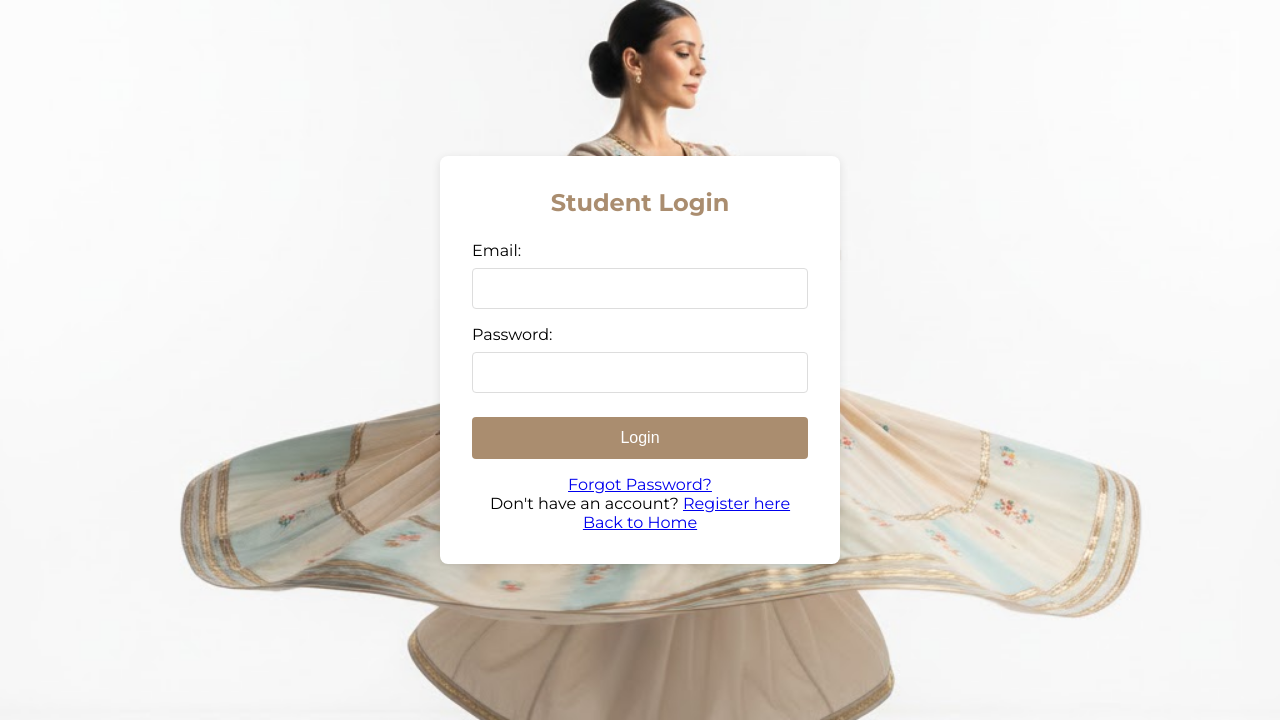
Repository: Priyadharshini-J-CSE/StepSync_Dance_Mangement_System
Page: /user-login (app in frontend/)
An editor plug-in stored every save of this project. The page is shown before and after a run of saves, followed by the edit.
The browser window is 1280 px wide. The pictures show the whole page.
Some web fonts or font styles are not loaded; a fallback is used. Some web libraries are served in a nearby version. The project was rebuilt for these pictures with package versions that can differ from the ones it lists, and the page was loaded fresh each time. Also part of the build but not shown: frontend/src/index.css, frontend/src/pages/LandingPage.js, frontend/src/components/Alert.js, frontend/src/pages/AdminLogin.js, frontend/src/utils/passwordValidation.js, frontend/src/pages/UserRegister.js, frontend/src/pages/AdminRegister.js, frontend/src/pages/ForgotPassword.js and 18 more.

Above is the page before, as saved 2025-12-18 09:55:42.

### frontend/public/index.html
<!DOCTYPE html>
<html lang="en">
  <head>
    <meta charset="utf-8" />
    <meta name="viewport" content="width=device-width, initial-scale=1" />
    <title>Zumba Class Management</title>
    <link rel="preconnect" href="https://fonts.googleapis.com">
    <link rel="preconnect" href="https://fonts.gstatic.com" crossorigin>
    <link href="https://fonts.googleapis.com/css2?family=Alumni+Sans+Pinstripe:ital@0;1&family=Anta&family=Josefin+Sans:ital,wght@0,100..700;1,100..700&family=Metamorphous&family=Montserrat:ital,wght@0,100..900;1,100..900&family=Pangolin&family=Roboto:ital,wght@0,100..900;1,100..900&family=Rubik:ital,wght@0,300..900;1,300..900&display=swap" rel="stylesheet">
    <link rel="stylesheet" href="https://cdnjs.cloudflare.com/ajax/libs/font-awesome/6.5.1/css/all.min.css" crossorigin="anonymous">
    <script src="https://kit.fontawesome.com/a076d05399.js" crossorigin="anonymous"></script>
    <style>
      * { margin: 0; padding: 0; box-sizing: border-box; }
      body { font-family: 'Montserrat', sans-serif; }
    </style>
  </head>
  <body>
    <div id="root"></div>
  </body>
</html>

### frontend/src/App.js
import React from 'react';
import { BrowserRouter as Router, Routes, Route, Navigate } from 'react-router-dom';
import { AuthProvider, useAuth } from './context/AuthContext';
import LandingPage from './pages/LandingPage';
import UserLogin from './pages/UserLogin';
import AdminLogin from './pages/AdminLogin';
import UserRegister from './pages/UserRegister';
import AdminRegister from './pages/AdminRegister';
import ForgotPassword from './pages/ForgotPassword';
import AdminDashboard from './pages/admin/AdminDashboard';
import UserDashboard from './pages/user/UserDashboard';

const ProtectedRoute = ({ children, requiredRole }) => {
  const { user, loading } = useAuth();

  if (loading) return <div>Loading...</div>;
  if (!user) return <Navigate to="/" />;
  if (requiredRole && user.role !== requiredRole) return <Navigate to="/" />;

  return children;
};

function App() {
  return (
    <AuthProvider>
      <Router>
        <div style={{ minHeight: '100vh', backgroundColor: '#fff6e9' }}>
          <Routes>
            <Route path="/" element={<LandingPage />} />
            <Route path="/user-login" element={<UserLogin />} />
            <Route path="/admin-login" element={<AdminLogin />} />
            <Route path="/user-register" element={<UserRegister />} />
            <Route path="/admin-register" element={<AdminRegister />} />
            <Route path="/forgot-password" element={<ForgotPassword />} />
            <Route
              path="/admin/*"
              element={
                <ProtectedRoute requiredRole="admin">
                  <AdminDashboard />
                </ProtectedRoute>
              }
            />
            <Route
              path="/user/*"
              element={
                <ProtectedRoute requiredRole="user">
                  <UserDashboard />
                </ProtectedRoute>
              }
            />
          </Routes>
        </div>
      </Router>
    </AuthProvider>
  );
}

export default App;

### frontend/src/context/AuthContext.js
import React, { createContext, useContext, useState, useEffect } from 'react';
import axios from 'axios';

const AuthContext = createContext();

export const useAuth = () => useContext(AuthContext);

export const AuthProvider = ({ children }) => {
  const [user, setUser] = useState(null);
  const [loading, setLoading] = useState(true);

  useEffect(() => {
    const token = localStorage.getItem('token');
    if (token) {
      axios.defaults.headers.common['Authorization'] = `Bearer ${token}`;
      fetchUser();
    } else {
      setLoading(false);
    }
  }, []);

  const fetchUser = async () => {
    try {
      const response = await axios.get('/api/auth/me');
      setUser(response.data);
    } catch (error) {
      localStorage.removeItem('token');
      delete axios.defaults.headers.common['Authorization'];
    }
    setLoading(false);
  };

  const login = async (email, password) => {
    const response = await axios.post('/api/auth/login', { email, password });
    const { token, user } = response.data;

    localStorage.setItem('token', token);
    axios.defaults.headers.common['Authorization'] = `Bearer ${token}`;
    setUser(user);

    return user;
  };

  const register = async (userData) => {
    const response = await axios.post('/api/auth/register', userData);
    const { token, user } = response.data;

    localStorage.setItem('token', token);
    axios.defaults.headers.common['Authorization'] = `Bearer ${token}`;
    setUser(user);

    return user;
  };

  const logout = () => {
    localStorage.removeItem('token');
    delete axios.defaults.headers.common['Authorization'];
    setUser(null);
  };

  const value = {
    user,
    login,
    register,
    logout,
    loading
  };

  return (
    <AuthContext.Provider value={value}>
      {children}
    </AuthContext.Provider>
  );
};

### frontend/src/pages/UserLogin.js
import React, { useState } from 'react';
import { useNavigate, Link } from 'react-router-dom';
import { useAuth } from '../context/AuthContext';
import Alert from '../components/Alert';

const UserLogin = () => {
  const [formData, setFormData] = useState({ email: '', password: '' });
  const [loading, setLoading] = useState(false);
  const [alert, setAlert] = useState(null);
  const { login } = useAuth();
  const navigate = useNavigate();

  const handleSubmit = async (e) => {
    e.preventDefault();
    setLoading(true);

    try {
      const user = await login(formData.email, formData.password);
      if (user.role !== 'user') {
        setAlert({ message: 'Please use admin login portal', type: 'error' });
        setLoading(false);
        return;
      }
      navigate('/user');
    } catch (error) {
      setAlert({ message: error.response?.data?.message || 'Login failed', type: 'error' });
    }
    setLoading(false);
  };

  return (
    <div style={{
      display: 'flex',
      justifyContent: 'center',
      alignItems: 'center',
      minHeight: '100vh',
      backgroundImage: 'url(/image4.png)',
      backgroundSize: 'cover',
      backgroundPosition: 'center',
      backgroundAttachment: 'fixed'
    }}>
      <form onSubmit={handleSubmit} style={{
        backgroundColor: 'white',
        padding: '2rem',
        borderRadius: '8px',
        boxShadow: '0 2px 10px rgba(0,0,0,0.1)',
        width: '400px'
      }}>
        <h2 style={{ textAlign: 'center', marginBottom: '1.5rem', color: '#aa8d6f' }}>
          Student Login
        </h2>

        {alert && <Alert message={alert.message} type={alert.type} onClose={() => setAlert(null)} />}

        <div style={{ marginBottom: '1rem' }}>
          <label style={{ display: 'block', marginBottom: '0.5rem' }}>Email:</label>
          <input
            type="email"
            value={formData.email}
            onChange={(e) => setFormData({...formData, email: e.target.value})}
            required
            style={{
              width: '100%',
              padding: '0.75rem',
              border: '1px solid #ddd',
              borderRadius: '4px'
            }}
          />
        </div>

        <div style={{ marginBottom: '1.5rem' }}>
          <label style={{ display: 'block', marginBottom: '0.5rem' }}>Password:</label>
          <input
            type="password"
            value={formData.password}
            onChange={(e) => setFormData({...formData, password: e.target.value})}
            required
            style={{
              width: '100%',
              padding: '0.75rem',
              border: '1px solid #ddd',
              borderRadius: '4px'
            }}
          />
        </div>

        <button
          type="submit"
          disabled={loading}
          style={{
            width: '100%',
            padding: '0.75rem',
            backgroundColor: '#aa8d6f',
            color: 'white',
            border: 'none',
            borderRadius: '4px',
            cursor: 'pointer',
            fontSize: '16px'
          }}
        >
          {loading ? 'Logging in...' : 'Login'}
        </button>

        <div style={{ textAlign: 'center', marginTop: '1rem' }}>
          <p><Link to="/forgot-password" color>Forgot Password?</Link></p>
          <p>Don't have an account? <Link to="/user-register">Register here</Link></p>
          <p><Link to="/">Back to Home</Link></p>
        </div>
      </form>
    </div>
  );
};

export default UserLogin;

Loaded but not shown: frontend/src/index.js (common file)

After the next 6 saves:
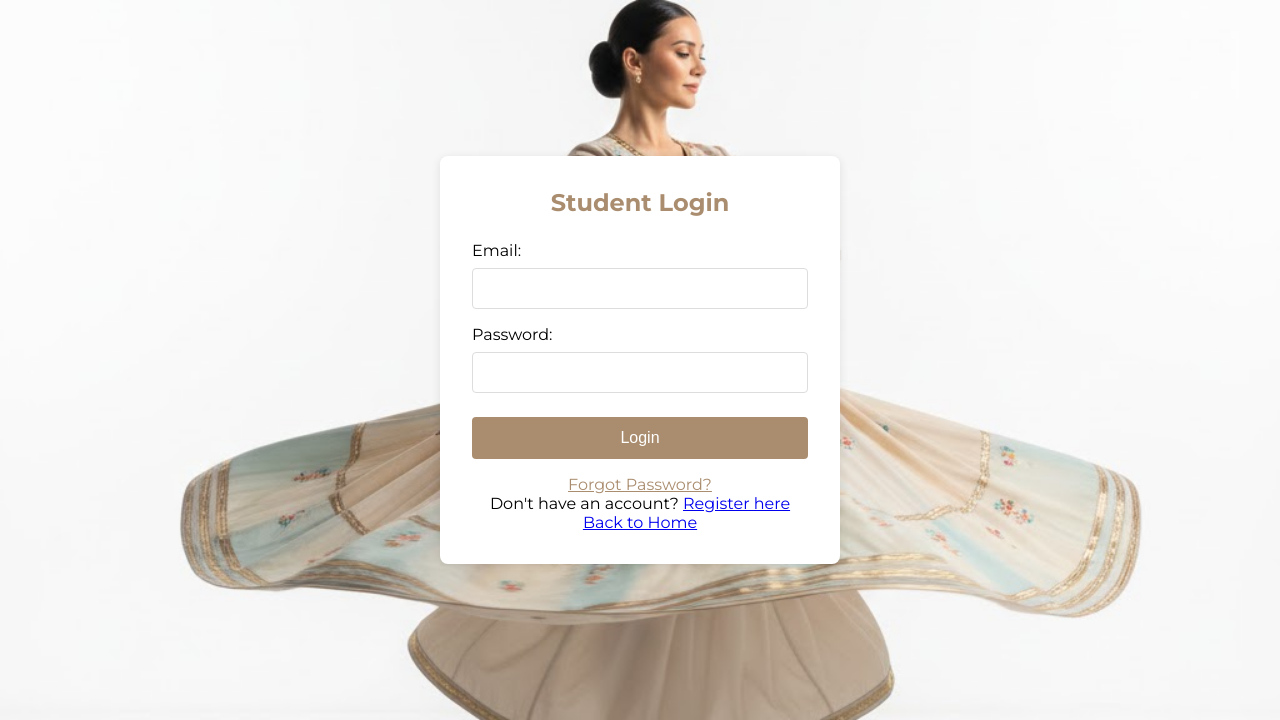
The 6 saves are shown as one change because 2 did not build or start and some came seconds apart.
The last was saved 24 s later.
--- a/frontend/src/pages/UserLogin.js
+++ b/frontend/src/pages/UserLogin.js
@@ -102,7 +102,7 @@ const UserLogin = () => {
         </button>
 
         <div style={{ textAlign: 'center', marginTop: '1rem' }}>
-          <p><Link to="/forgot-password" color>Forgot Password?</Link></p>
+          <p><Link to="/forgot-password" style={{ color: '#aa8d6f' }}>Forgot Password?</Link></p>
           <p>Don't have an account? <Link to="/user-register">Register here</Link></p>
           <p><Link to="/">Back to Home</Link></p>
         </div>
